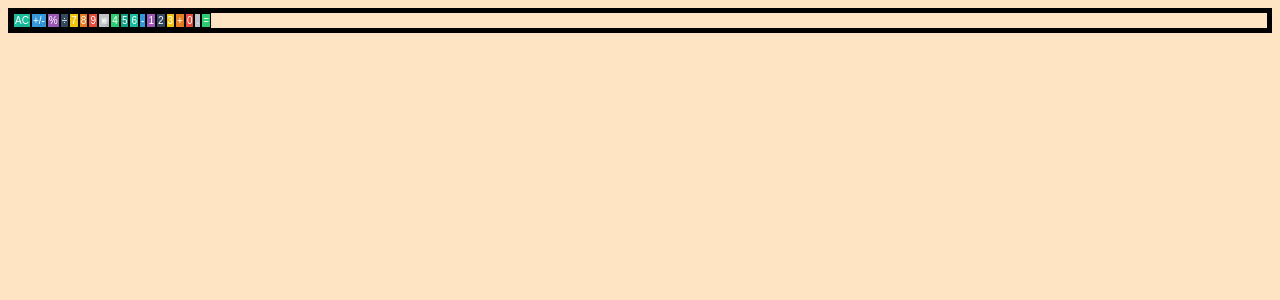
Repository: noahcallen/LAB-calculator
Page: index.html
An editor plug-in stored every save of this project. The page is shown before and after the next save, followed by the edit.
The browser window is 1280 px wide. The pictures show the whole page.

Above is the page before, as saved 2024-07-09 21:56:12.

After the next save:
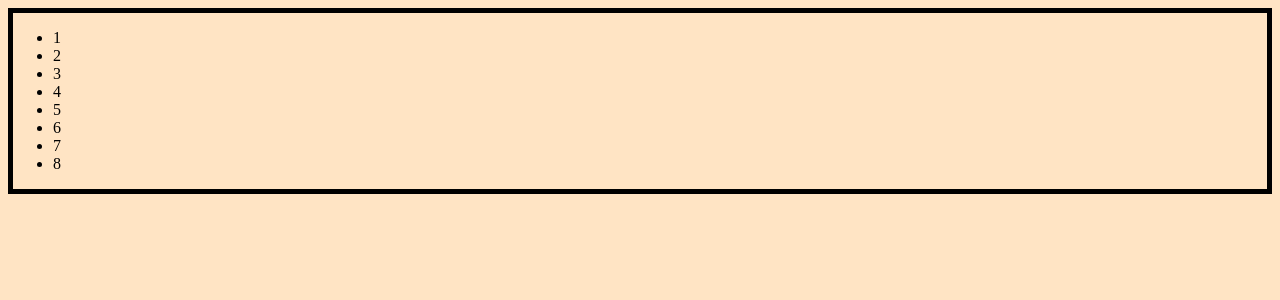
Saved 4 min 24 s later.
--- a/index.html
+++ b/index.html
@@ -10,40 +10,16 @@
 <body>
   <!-- box for calculator outline -->
   <div class="outline">
-    <div class="container1">
-      <div class="box box1">AC</div>
-      <div class="box box2">+/-</div>
-      <div class="box box3">%</div>
-      <div class="box box4">÷</div>
-      <!-- next row -->
-       <div class="container2">
-        <div class="box box5">7</div>
-        <div class="box box6">8</div>
-        <div class="box box7">9</div>
-        <div class="box box8">⋇</div>
-      </div>
-      <!-- next row -->
-       <div class="container3">
-        <div class="box box9">4</div>
-        <div class="box box10">5</div>
-        <div class="box box11">6</div>
-        <div class="box box12">-</div>
-       </div>
-      <!-- next row -->
-       <div class="container4">
-        <div class="box box13">1</div>
-        <div class="box box14">2</div>
-        <div class="box box15">3</div>
-        <div class="box box16">+</div>
-       </div>
-      <!-- next row -->
-      <div class="container5">
-        <div class="box box17">0</div>
-        <div class="box box18">.</div>
-        <div class="box box19">=</div>
-      </div>
-    </div>
-    <!-- close outline -->
+    <ul class="flex-container wrap">
+      <li class="flex-item">1</li>
+      <li class="flex-item">2</li>
+      <li class="flex-item">3</li>
+      <li class="flex-item">4</li>
+      <li class="flex-item">5</li>
+      <li class="flex-item">6</li>
+      <li class="flex-item">7</li>
+      <li class="flex-item">8</li>
+    </ul>
   </div>
 
 
